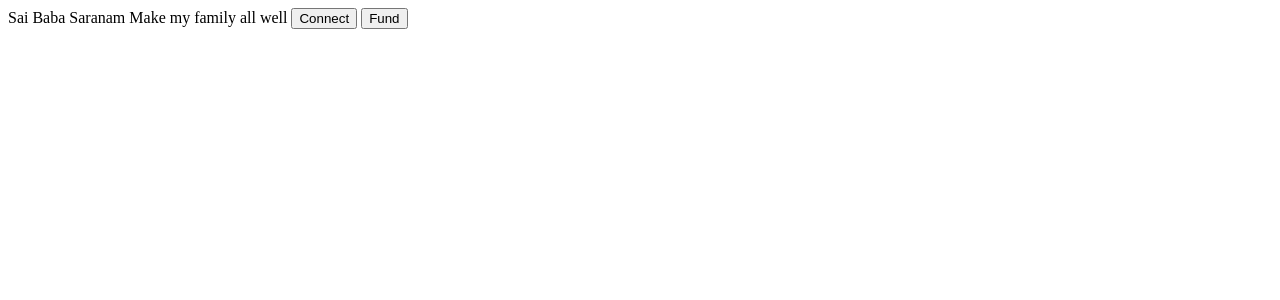
Repository: Sugunaramkumar/Fund-Me-App---FCC
Page: index.html
The author's editor kept a copy of each file at every save. The page is drawn from the files as they stood at one save, then again after the next save.
The browser window is 1280 px wide. The pictures show the whole page.

Above is the page before, as saved 2022-07-27 07:29:17.

After the next save:
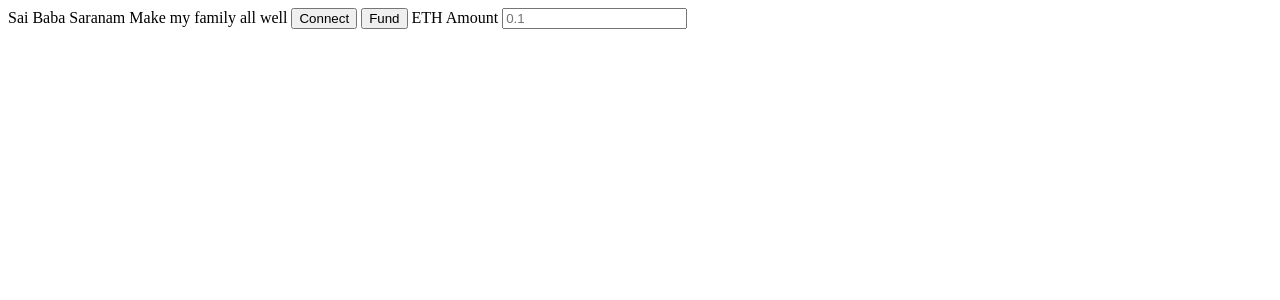
Saved 5 min 48 s later.
--- a/index.html
+++ b/index.html
@@ -10,5 +10,7 @@
     </script>
     <button id="connectButton">Connect</button>
     <button id="fundButton">Fund</button>
+    <label for ="fund">ETH Amount</label>
+    <input id ="ethAmount" placeholder="0.1">
 </body>
 </html>
